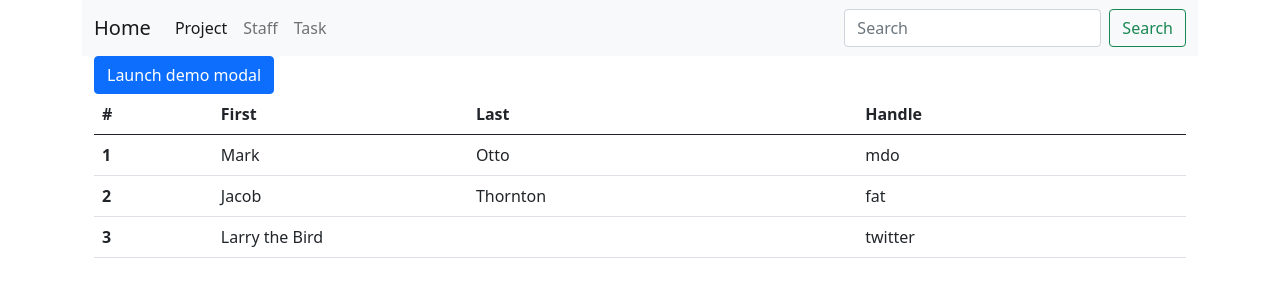
Repository: bro-gitcode/angularProject
Page: /staff (app in client/)
An editor plug-in stored every save of this project. The page is shown before and after a run of saves, followed by the edit.
The browser window is 1280 px wide. The pictures show the whole page.
The project was rebuilt for these pictures with package versions that can differ from the ones it lists, and the page was loaded fresh each time. Also part of the build but not shown: client/angular.json, client/src/app/home/home.component.ts, client/src/app/list-project/list-project.component.ts, client/src/app/list-task/list-task.component.ts, client/src/app/edit-project/edit-project.component.ts, client/src/app/edit-staff/edit-staff.component.ts, client/src/app/edit-task/edit-task.component.ts, client/src/app/not-found/not-found.component.ts.

Above is the page before, as saved 2024-06-16 19:46:58.

After the next 3 saves:
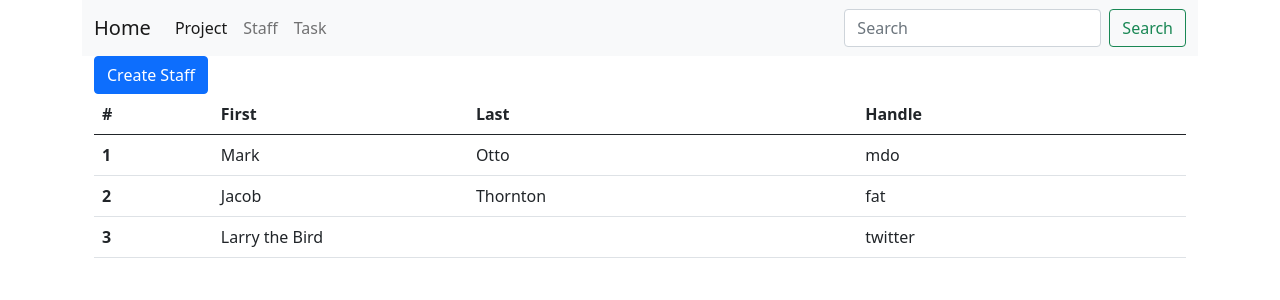
The 3 saves are shown as one change because they came seconds apart.
The last was saved 15 s later.
--- a/client/src/app/list-staff/list-staff.component.html
+++ b/client/src/app/list-staff/list-staff.component.html
@@ -1,6 +1,6 @@
 <!-- Button trigger modal -->
 <button type="button" class="btn btn-primary" data-bs-toggle="modal" data-bs-target="#exampleModal">
-    Launch demo modal
+    Create Staff
   </button>
 
   <!-- Modal -->
